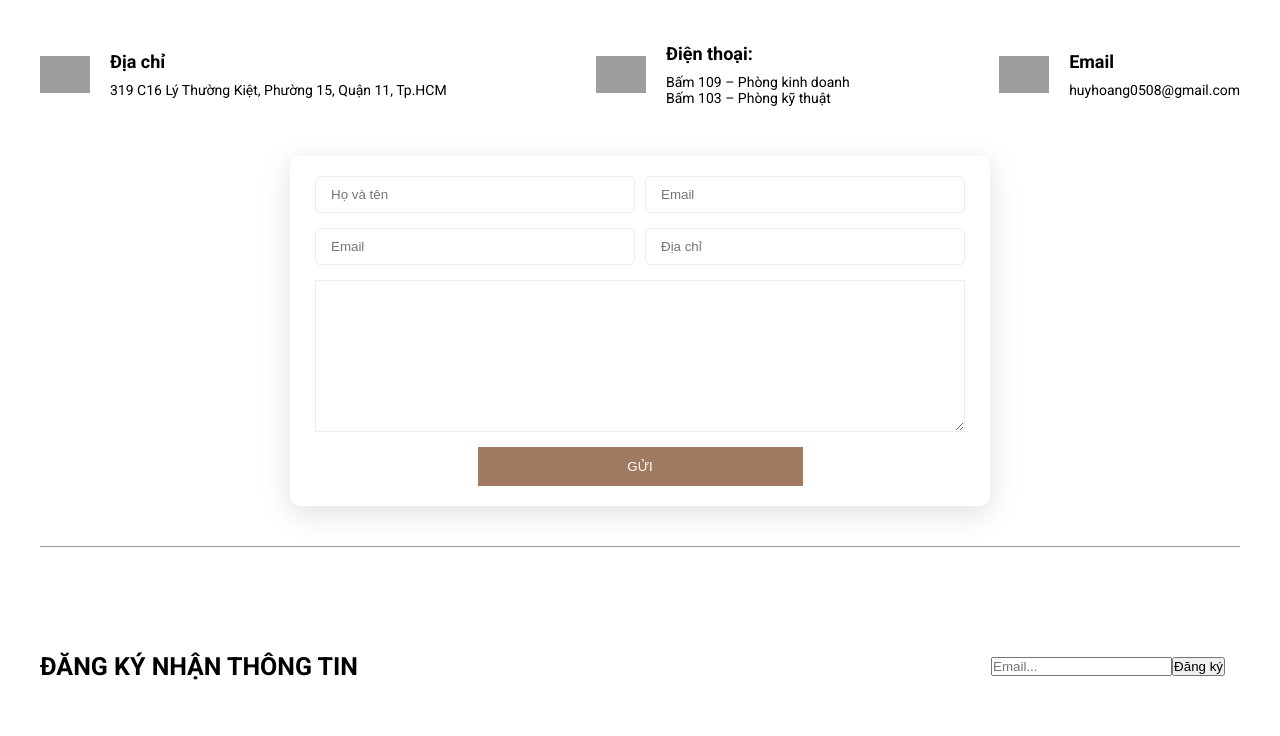
Repository: web345/WEBNANGCAO-clock-
Page: contact.html
The author's editor kept a copy of each file at every save. The page is drawn from the files as they stood at one save, then again after the next save.
The browser window is 1280 px wide. The pictures show the part of the page from y = 678 to 1414 px (the page is 1414 px tall).
Pictures or frames that could not be fetched are drawn as grey boxes. Some web libraries are served in a nearby version.

Above is the page before, as saved 2021-09-10 20:50:33.

After the next save:
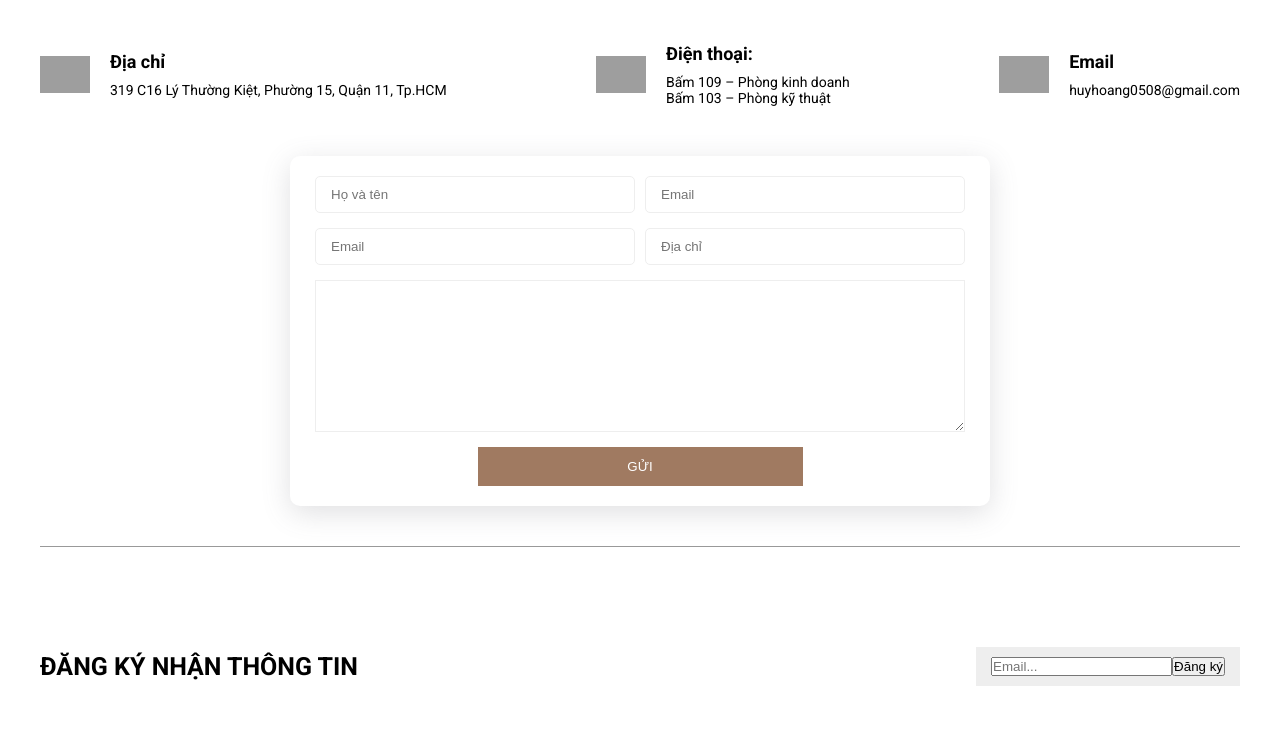
Saved 32 s later.
--- a/CSS/contact.css
+++ b/CSS/contact.css
@@ -102,4 +102,5 @@ h3.sub-info {
   display: flex;
   align-items: center;
   padding: 10px 15px;
+  background-color: #eee;
 }
